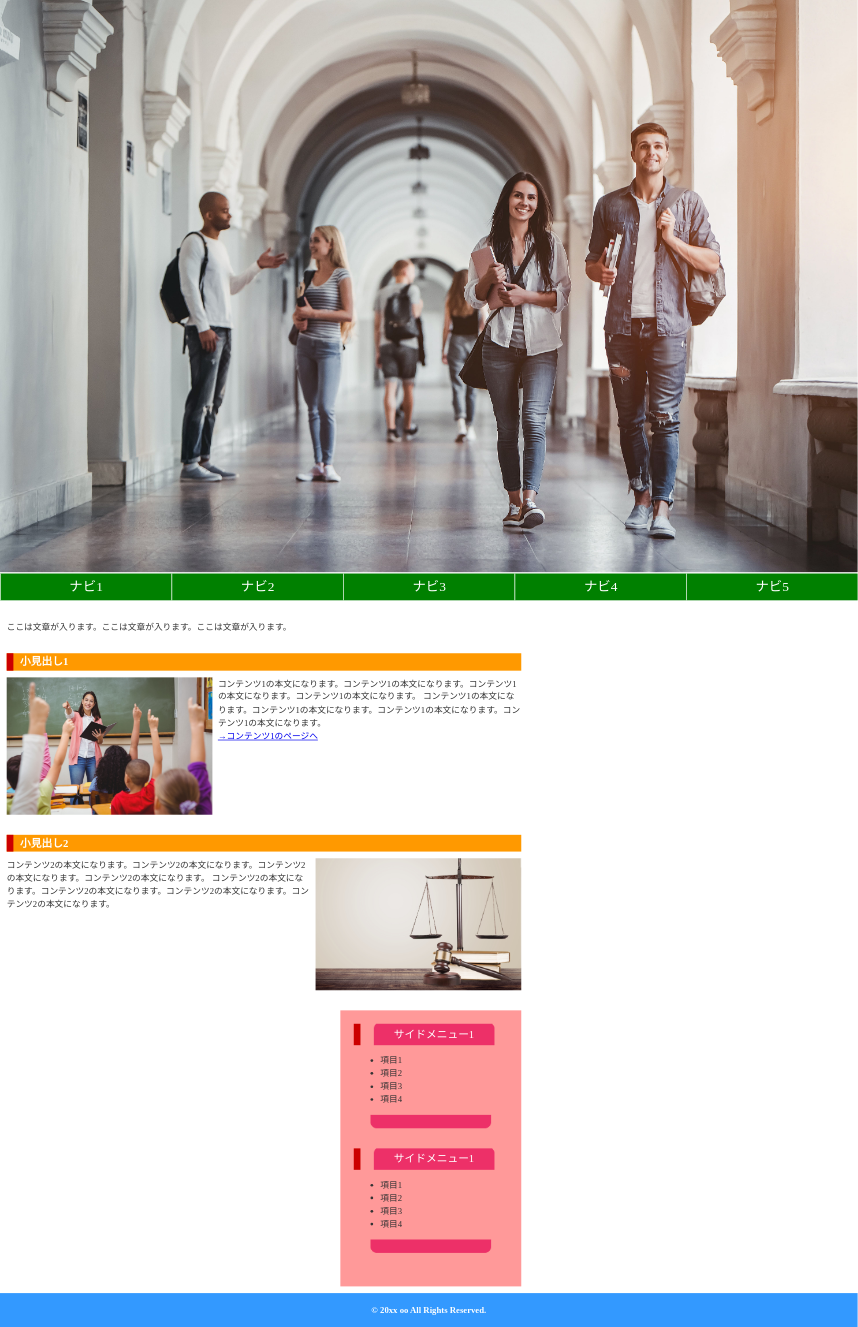
Repository: BenBen-san/Typing-Game
Page: 2nd Trial/home2.html
The author's editor kept a record of every edit. The page is drawn from the files as they stood at one moment, then again after the next edit.
The browser window is 1280 px wide. The pictures show the whole page, at 67% of full size.

Above is the page before.

### 2nd Trial/home2.html
<!DOCTYPE html>
<html lang="ja">
    <head>
        <meta charset="utf-8">
        <title>HTML/CSSの学習</title>
        <link rel="stylesheet" href="stylesheet2.css">

    </head>
    <body>

            <div id="header">
                <h1><a href="index.html">
                <img id="corridor" src="corridor.jpg" alt="大学の廊下" /></a></h1>
            </div>
            <div id="wrapper">
                <div id="nav">
                    <ul>
                        <li><a href="home.html">ナビ1</a></li>
                        <li><a href="#">ナビ2</a></li>
                        <li><a href="#">ナビ3</a></li>
                        <li><a href="#">ナビ4</a></li>
                        <li><a href="#">ナビ5</a></li>
                    </ul>
                </div>

            <div id="container">
                <div id="main">
                    <div class="post">
                        <p>ここは文章が入ります。ここは文章が入ります。ここは文章が入ります。</p>
                    </div>
                    <div class="post clearfix">
                        <h2>小見出し1</h2>
                        <img class="left" src="classroom.jpg" alt="授業風景" />
                        <p>
                            コンテンツ1の本文になります。コンテンツ1の本文になります。コンテンツ1の本文になります。コンテンツ1の本文になります。
                            コンテンツ1の本文になります。コンテンツ1の本文になります。コンテンツ1の本文になります。コンテンツ1の本文になります。
                        </p>
                        <p><a href="#">→コンテンツ1のページへ</a></p>
                    </div>

                    <div class="post clearfix">
                        <h2>小見出し2</h2>
                        <img class="right" src="scale.jpg" alt="天秤" />
                        <p>
                            コンテンツ2の本文になります。コンテンツ2の本文になります。コンテンツ2の本文になります。コンテンツ2の本文になります。
                            コンテンツ2の本文になります。コンテンツ2の本文になります。コンテンツ2の本文になります。コンテンツ2の本文になります。
                        </p>
                    </div>

                    <div id="side">
                        <div class="box">
                            <h2>サイドメニュー1</h2>
                            <div class="box-body">
                                <ul>
                                    <li>項目1</li>
                                    <li>項目2</li>
                                    <li>項目3</li>
                                    <li>項目4</li>
                                </ul>
                            </div>
                        </div>
                        <div class="box">
                            <h2>サイドメニュー1</h2>
                            <div class="box-body">
                                <ul>
                                    <li>項目1</li>
                                    <li>項目2</li>
                                    <li>項目3</li>
                                    <li>項目4</li>
                                </ul>
                            </div>
                        </div>
                    </div>
                </div>
            </div>
            <div id=footer>
                <p>&copy; 20xx oo All Rights Reserved.</p>
            </div>

    </body>
</html>

### 2nd Trial/stylesheet2.css
@charset "utf-8";

body{
    margin: 0;
    padding: 0;
    font-family: "ヒラギノ角ゴ Pro W3", "Hiragino Kaku Gothic Pro", "メイリオ", Meiryo, Osaka, "MS Pゴシック", "MS PGothic", snns-serif;
    color: #333;
    font-size: 13px;
    line-height: 150%;
}

/* -------- wrapper ---------- */

#wrapper{
    width: 100%;
    margin: auto;
    padding: 0px;
    border: 0px;
    background-color: #FFF;
}

/* -------- header ---------- */

#header{
    width: 100%;
}

#header h1{
    margin: 0;
    padding: 0;
}

#corridor{
    width: 100%;
    height: auto;
}

/* -------- footer ---------- */

#footer{
    clear: both;
    width: 100%;
    padding: 3px 0 3px 0;
    background-color: #39F;
    color: #FFF;
    font-weight: bold;
    text-align: center;
}

/* -------- navigation ---------- */

#nav{
    width: 100%;
}

#nav ul{
    box-sizing: border-box;
    margin: 0;
    padding: 0;
    list-style-type: none;
}

#nav ul li{
    float: left;
    width: 20%;
    text-align: center;
}

#nav ul li a{
    display: block;
    height: 20px;
    margin: 0;
    padding: 10px;
    color: #FFF;
    font-size: 20px;
    text-decoration: none;
    background-color: green;
    border-left: 1px solid white;
}

#navi ul li:first-child{
    border-left: none;
}

/* -------- container ---------- */

#container{
    width: 100%;
    margin: auto;
    padding-top: 20px;
    clear: both;
}

/* -------- main ---------- */
#main{
    float: left;
    width: 60%;
    padding: 10px 30px 10px 10px;
}

#main h2{
    margin: 0 0 10px 0;
    padding: 3px 10px 3px 10px;
    color: #FFF;
    font-size: 16px;
    border-left: solid 10px #C00;
    background-color: #F90;
}

#main p{
    margin: 0;
    padding: 0;
}


#main .post{
    margin: 0 0 30px 0;
}


#main .post img.right{
    margin: 0 0 0 8px;
}

#main .post img.left{
    margin: 0 8px 0 0;
}

.right{
    float: right;
    width: 40%;
    height: auto;
}

.left{
    float: left;
    width: 40%;
    height: auto;
}

/* -------- clearfix ---------- */

.clearfix{
    zoom: 1;
}

.clearfix:after{
    content: "";
    display: block;
    clear: both;
}

/* -------- side ---------- */

#side{
    float: right;
    width: 30%;
    padding: 20px;
    background-color: #F99;
}

#side .box{
    margin: 0 auto 30px 0;
    padding: 0 0 20px 0;
    background: url(side_box.png) bottom no-repeat;
}

#side .box h2{
    margin: 0;
    padding: 8px;
    text-align: center;
    color: #FFF;
    font-size: 16px;
    line-height: 16px;
    font-weight: normal;
    background: url(side_box_h2.png) center no-repeat;
}

#side .box .boxbody{
    padding: 8px;
    border-right: solid 1px #C36;
    border-bottom: solid 1px #C36;
    border-left: solid 1px #C36;
    background: #FFF;
}

#side .box .boxBody ul{
    margin: 0 0 16px 0;
    padding: 0;
}

#side .box .boxBody ul li{
    padding: 8px 0 8px 4px;
    list-style: none;
    border-bottom: solid 1px #C36;
}

After the next edit:
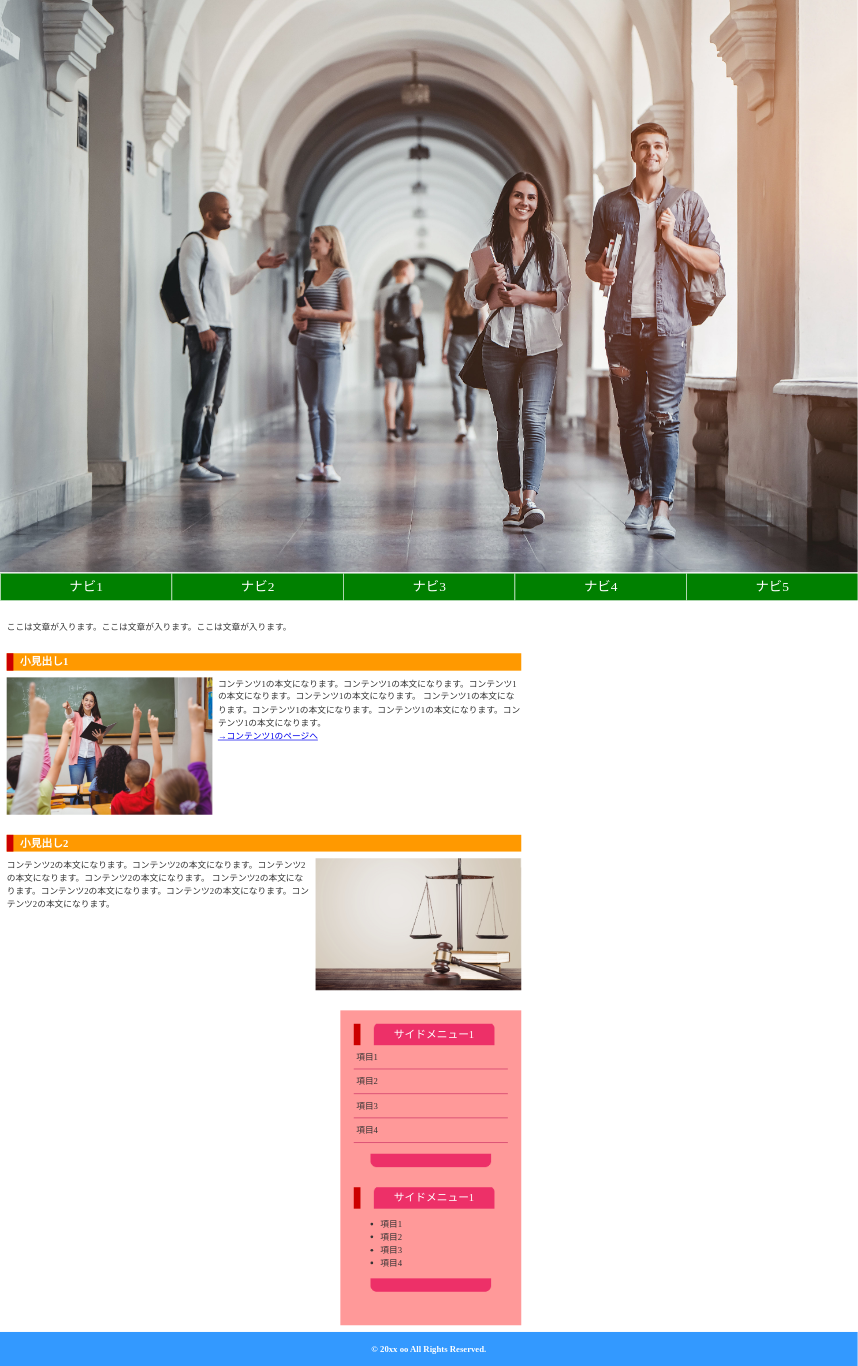
The edit:
--- a/2nd Trial/home2.html
+++ b/2nd Trial/home2.html
@@ -50,7 +50,7 @@
                     <div id="side">
                         <div class="box">
                             <h2>サイドメニュー1</h2>
-                            <div class="box-body">
+                            <div class="boxBody">
                                 <ul>
                                     <li>項目1</li>
                                     <li>項目2</li>
